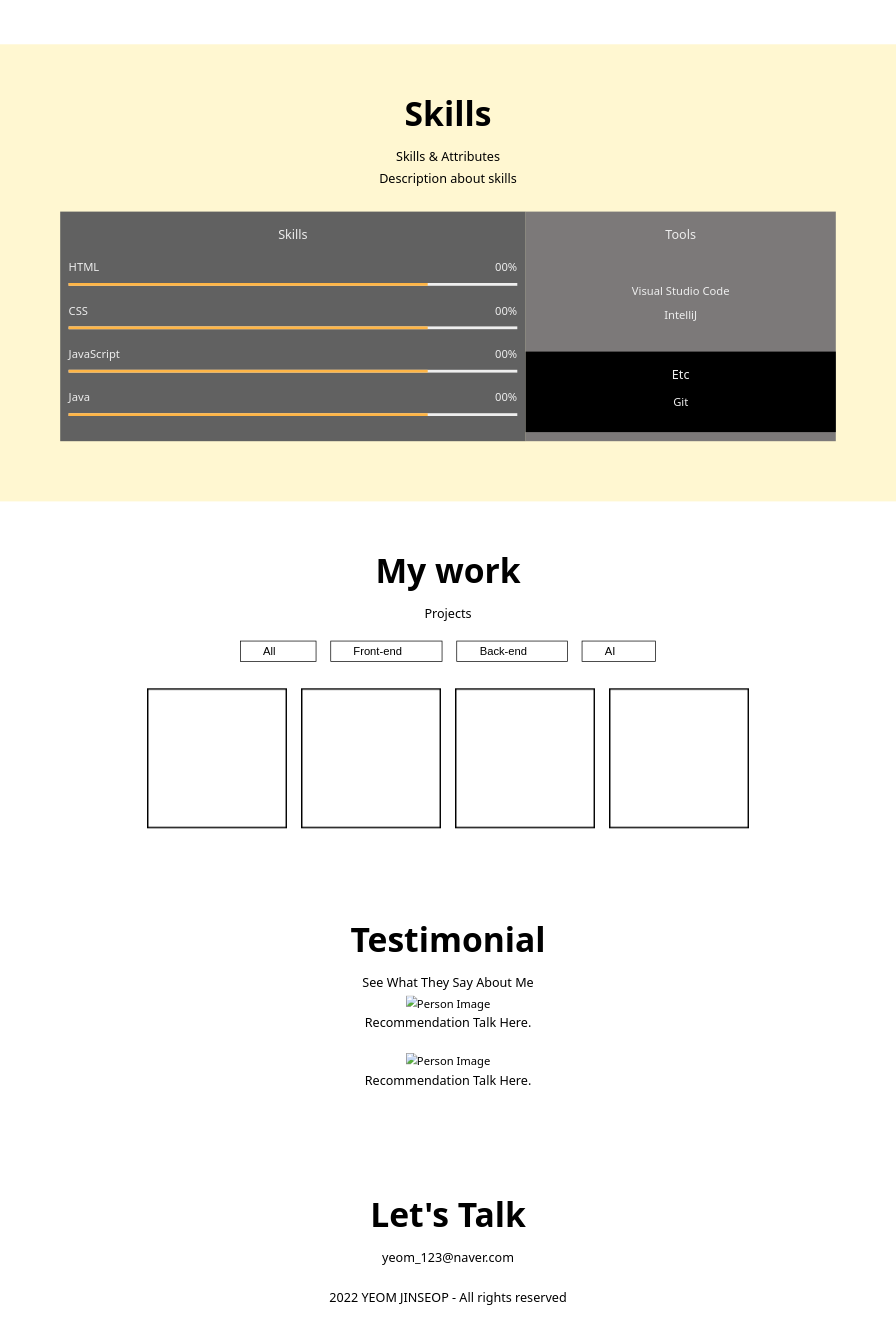
Repository: YEOMJINSEOP/yeomjinseop.github.io
Page: index.html
An editor plug-in stored every save of this project. The page is shown before and after the next save, followed by the edit.
The browser window is 1280 px wide. The pictures show the part of the page from y = 1245 to 3165 px (the page is 3165 px tall), at 70% of full size.
Some web libraries are served in a nearby version.

Above is the page before, as saved 2022-08-14 18:23:44.

After the next save:
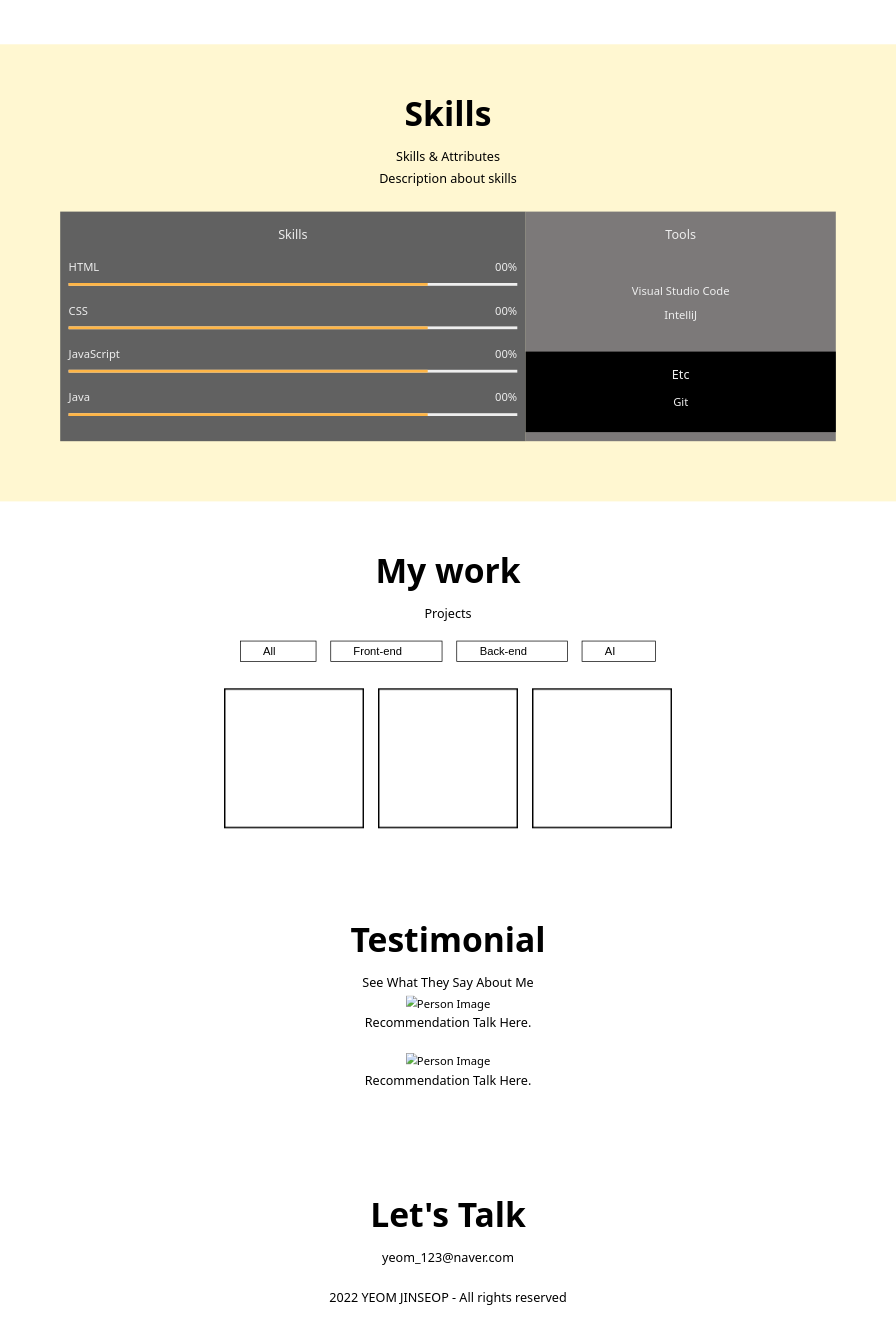
Saved 2 h 4 min later.
--- a/index.html
+++ b/index.html
@@ -229,14 +229,6 @@
           <span>Description about Project</span>
         </div>
       </a>
-
-      <a href="#" class="project" target="blank">
-        <img src="images/whileimage.png" alt="project image" class="project__image">
-        <div class="project__description">
-          <h3>Project Name</h3>
-          <span>Description about Project</span>
-        </div>
-      </a>
     </div>
   </section>
 
